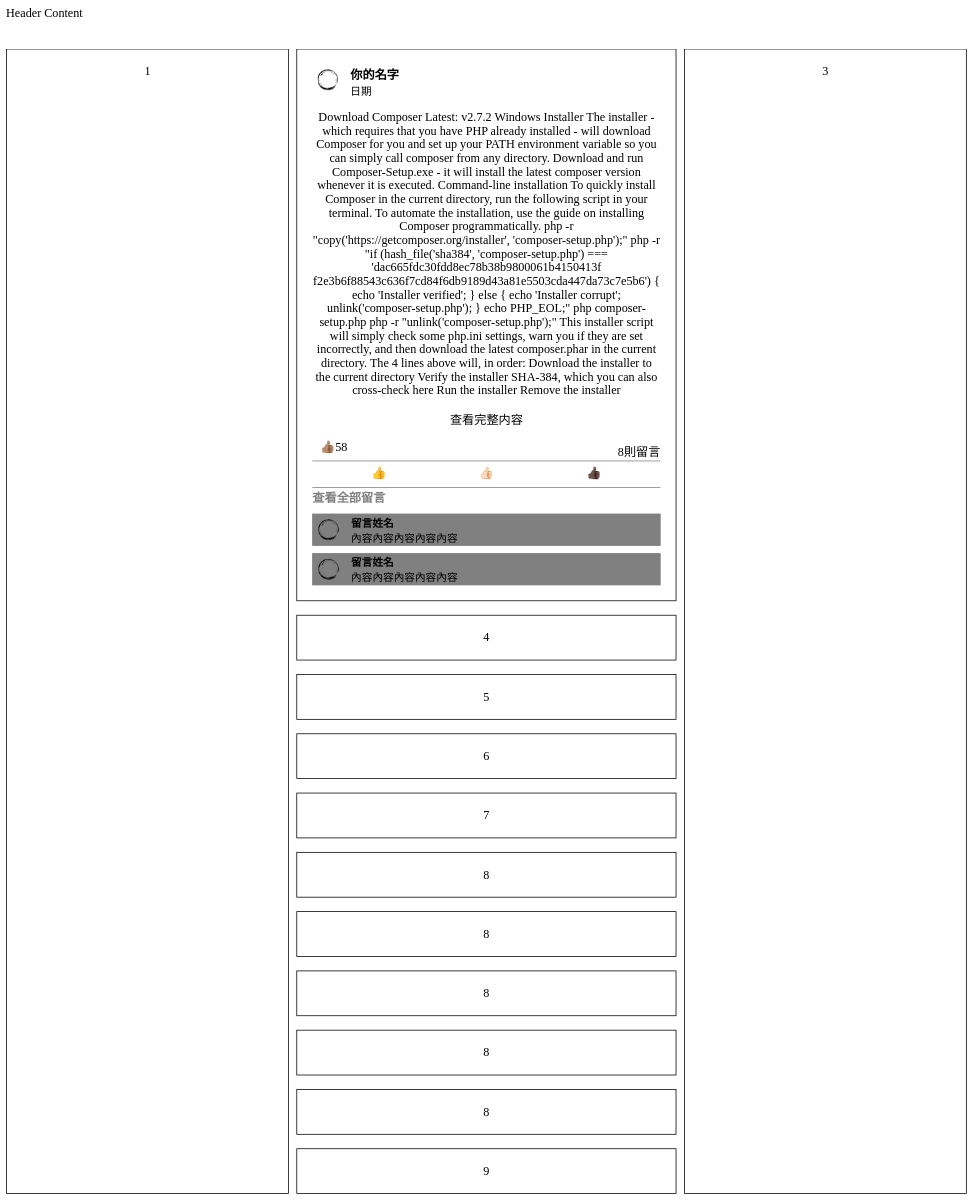
Repository: yuchiyang123/index_view
Page: http://localhost/
The author's editor kept a copy of each file at every save. The page is drawn from the files as they stood at one save, then again after the next save.
The browser window is 1280 px wide. The pictures show the whole page, at 76% of full size.
The page is run by PHP 8.4 with error messages shown; the project is at /var/www/html/.

Above is the page before, as saved 2024-03-27 09:44:28.

### index.php
<style>
   .header {
    position: sticky;
    top: 0;
    z-index: 9996;
    grid-area: header;
    background-color: #ffffff;
    width: 100%;
    height: 56px;

}


.grid-container {

  display: grid;
  grid-template-columns: auto 500px auto;
  grid-template-rows:auto;
  grid-gap: 10px;
  display: grid;
  grid-template-areas:
    "A B C";

}

.grid-item {
  border: 1px solid #000;
  padding: 20px;
  text-align: center;

}
.first{
    grid-area: A;
    min-height: 800px;
}
.end{
    grid-area: C;
}
.mid{
    grid-area: B;
}
.limt{
    min-height: 350px;
}
.inner-grid {
    display: inline-grid;
    width: 30%;
    transition: background-color 0.3s;
    padding-top: 5px;
    padding-bottom: 10px;
    text-align: center;
}
.inner-grid:hover {
    background-color: rgba(128, 128, 128, 0.4);
}
.line{
    border-top: 1px solid gray;
    border-bottom: 1px solid gray;
}
.respond{

    padding-bottom: 8px;
    text-align: left;
    padding-left:10px;
}
.respond > div {
    display: inline-block;
}
.message{
    text-align: right;
}
.respond, .message {
    display: inline-block;
}
.container {
    display: flex;
    justify-content: space-between;
    align-items: center;
}

.popup {
    display: none;
    position: fixed;
    top: 50%;
    left: 50%;
    transform: translate(-50%, -50%);
    width: 500px;
    padding: 20px;
    background-color: #fff;
    z-index: 9998;

}

.trigger a {
    cursor: pointer;
}

.blur-background {
    filter: blur(0px);
}
.box{

}
.imgsize{
    width: 40px;
    height: auto;

}

.image-container {
    float: left;
    margin-right: 10px;
}

.text-container {
    overflow: hidden;
}
.user{

    text-align: left;
    font-weight: bold;

}
.date{
    font-size: 14px;
    text-align: left;
}
a{
    text-decoration: none;
    color: black;
}
.overlay {
    display: none;
    position: fixed;
    top: 0;
    left: 0;
    width: 100%;
    height: 100%;
    background-color: rgba(0, 0, 0, 0.5);
    z-index: 9997;
  }
  .SeeAllMessage{
    text-align: left;
  }
  .SeeAllMessage a{
    text-align: left;
    color: gray;
    font-weight: bold;
  }
  .LeaveMessage{
    margin-top: 10px;
    border : 1px solid gray;
    background-color: gray;
  }
  .LeaveMessageUsernameIMG{
    width: 40px;
    height: auto;
  }
  .LeaveMessageimgdiv{
    float: left;
    margin-right: 10px;
  }
  .LeaveMessageUsername{
    text-align: left;
    font-size: 14px;
    font-weight: bold;
  }
  .LeaveMessageMain{
    text-align: left;
    font-size: 14px;
  }
</style>
<html>
<body>
<?php
    include('header.php');
?>
  <div id="box" class="box">
    <div class="grid-container">

      <div class="grid-item"><div class="first">1</div></div>

        <div class="mid">
          <div class="grid-item">
            <div class="limt">
            <div class="image-container">
                <img src="img/2-1.png" class="imgsize">
                        </div>
                <div class="text-container">
                    <div class="user"><a href="#"><div><a href="#">你的名字</a></div></a></div>
                    <div class="date"><div><a href="#">日期</a></div></div>
                </div>
                <div class="clearfix"></div>
                <p class="main">
                Download Composer Latest: v2.7.2
                    Windows Installer
                    The installer - which requires that you have PHP already installed - will download Composer for you and set up your PATH environment variable so you can simply call composer from any directory.

                    Download and run Composer-Setup.exe - it will install the latest composer version whenever it is executed.

                    Command-line installation
                    To quickly install Composer in the current directory, run the following script in your terminal. To automate the installation, use the guide on installing Composer programmatically.

                    php -r "copy('https://getcomposer.org/installer', 'composer-setup.php');"
                    php -r "if (hash_file('sha384', 'composer-setup.php') === 'dac665fdc30fdd8ec78b38b9800061b4150413f
                    f2e3b6f88543c636f7cd84f6db9189d43a81e5503cda447da73c7e5b6') { echo 'Installer verified'; } else { echo 'Installer corrupt'; unlink('composer-setup.php'); } echo PHP_EOL;"
                    php composer-setup.php
                    php -r "unlink('composer-setup.php');"
                    This installer script will simply check some php.ini settings, warn you if they are set incorrectly, and then download the latest composer.phar in the current directory. The 4 lines above will, in order:

                    Download the installer to the current directory
                    Verify the installer SHA-384, which you can also cross-check here
                    Run the installer
                    Remove the installer<div class="trigger"><a href="#">查看完整内容</a></div>
                </p>
                <div class="container">
                    <div class="respond"><a href="#">👍🏽</a><div><a href="#">58</a></div></div>
                    <div class="message"><div><a href="#">8則留言</a></div></div>
                </div>
                <div class="line">
                    <div class="inner-grid">👍</div>
                    <div class="inner-grid">👍🏻</div>
                    <div class="inner-grid">👍🏿</div>
                </div>
                <div class="SeeAllMessage"><a href="#">查看全部留言</a></div>
                <div class="LeaveMessage">
                    <div><a href="#"></a></div>
                    <div><div class="LeaveMessageimgdiv"><img src="img/2-1.png" class="LeaveMessageUsernameIMG"></div><div class="LeaveMessageUsername">留言姓名</div><div class="LeaveMessageMain">內容內容內容內容內容</div></div>
                </div>
                <div class="LeaveMessage">
                    <div><a href="#"></a></div>
                    <div><div class="LeaveMessageimgdiv"><img src="img/2-1.png" class="LeaveMessageUsernameIMG"></div><div class="LeaveMessageUsername">留言姓名</div><div class="LeaveMessageMain">內容內容內容內容內容</div></div>
                </div>
            </div>
        </div><br>
          <div class="grid-item">4</div><br>
          <div class="grid-item">5</div><br>
          <div class="grid-item">6</div><br>
          <div class="grid-item">7</div><br>
          <div class="grid-item">8</div><br>
          <div class="grid-item">8</div><br>
          <div class="grid-item">8</div><br>
          <div class="grid-item">8</div><br>
          <div class="grid-item">8</div><br>
          <div class="grid-item">9</div>
          <div class="overlay" id="overlay"></div>
          <div id="popup" class="popup">
        <div class="content">
        <div class="image-container">
            <img src="img/2-1.png" class="imgsize">
        </div>
        <div class="text-container">
            <div class="user"><a href="#"><div><a href="#">你的名字</a></div></a></div>
            <div class="date"><div><a href="#">日期</a></div></div>
        </div>
        <div class="clearfix"></div>
            <p class="main">
                Download Composer Latest: v2.7.2
                    Windows Installer
                    The installer - which requires that you have PHP already installed - will download Composer for you and set up your PATH environment variable so you can simply call composer from any directory.

                    Download and run Composer-Setup.exe - it will install the latest composer version whenever it is executed.

                    Command-line installation
                    To quickly install Composer in the current directory, run the following script in your terminal. To automate the installation, use the guide on installing Composer programmatically.

                    php -r "copy('https://getcomposer.org/installer', 'composer-setup.php');"
                    php -r "if (hash_file('sha384', 'composer-setup.php') === 'dac665fdc30fdd8ec78b38b9800061b4150413f
                    f2e3b6f88543c636f7cd84f6db9189d43a81e5503cda447da73c7e5b6') { echo 'Installer verified'; } else { echo 'Installer corrupt'; unlink('composer-setup.php'); } echo PHP_EOL;"
                    php composer-setup.php
                    php -r "unlink('composer-setup.php');"
                    This installer script will simply check some php.ini settings, warn you if they are set incorrectly, and then download the latest composer.phar in the current directory. The 4 lines above will, in order:

                    Download the installer to the current directory
                    Verify the installer SHA-384, which you can also cross-check here
                    Run the installer
                    Remove the installer
            </p>
        <div class="container">
            <div class="respond"><a href="#">👍🏽</a><div><a href="#">58</a></div></div>
            <div class="message"><div><a href="#">8則留言</a></div></div>
        </div>
            <div class="line">
            <div class="inner-grid">👍</div>
            <div class="inner-grid">👍🏻</div>
            <div class="inner-grid">👍🏿</div>
        </div>
        </div>
            <!--div class="close"><a href="#">关闭</a></div-->
        </div>
        </div>

            <div class="grid-item"><div class="end">3</div></div>
        </div>
    </div>
  </div>
  <script>
    var overlay = document.getElementById('overlay');
    var trigger = document.querySelector('.trigger a');
    var popup = document.getElementById('popup');
    var header = document.querySelector('.header');
    trigger.addEventListener('click', function(event) {
        event.preventDefault();
        popup.style.display = 'block';
        header.style.backgroundColor = 'rgba(0, 0, 0, 0.000001)';
        overlay.style.display = 'block';
        popup.style.border = '1px solid gray';
        popup.style.boxShadow = '0px 0px 15px rgba(0, 0, 0, 0.7)';
        /*
        document.body.classList.add('blur-background');
        popup.style.filter = 'none';// 移除 body 元素的模糊效果*/
    });
    var closeBtn = document.querySelector('.close a');
    /*
    closeBtn.addEventListener('click', function(event) {
        event.preventDefault();
        popup.style.display = 'none';
        popup.style.boxShadow = 'none';
    });
    */
    overlay.addEventListener('click', function(event) {
        event.preventDefault();
        event.stopPropagation();
        popup.style.display = 'none';
        overlay.style.display = 'none' ;
        popup.style.boxShadow = 'none';
        header.style.backgroundColor = '#ffffff';
    });
  </script>
</body>
</html>

### header.php
<style>
   .header {
    position: sticky; /* 将标题栏固定在容器内 */
    top: 0; /* 将标题栏固定在容器的顶部 */
    z-index: 9999; /* 确保标题栏位于其他内容的上层 */
    /* 其他样式，例如背景颜色、文本样式等 */
    grid-area: header;
    background-color: #ffffff;
    width: 100%; /* 设置标题栏的宽度为100%，使其填满整个屏幕 */
    height: 56px;

}
</style>
<header class="header">Header Content</header>

After the next save:
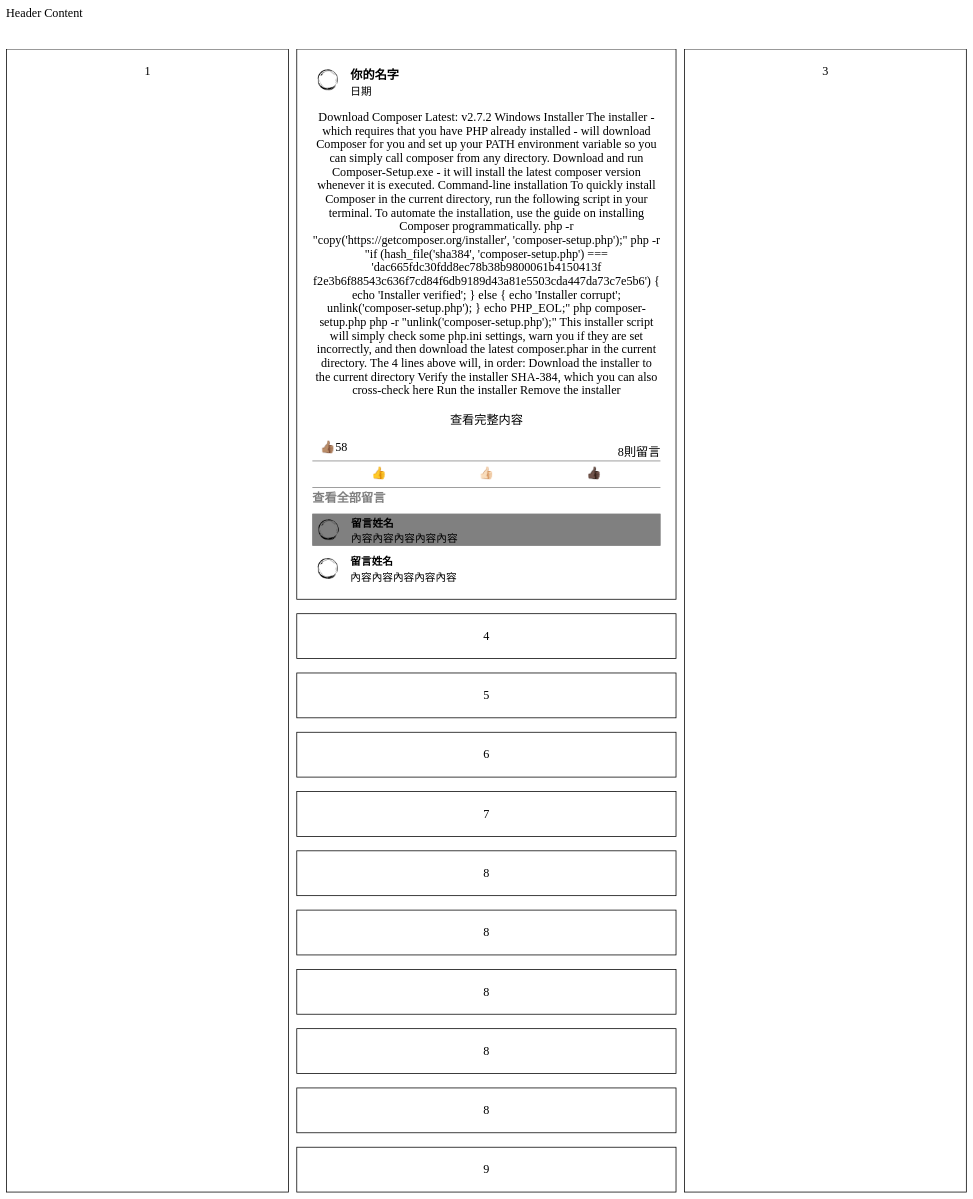
Saved 54 s later.
--- a/index.php
+++ b/index.php
@@ -149,6 +149,9 @@ a{
   }
   .LeaveMessage{
     margin-top: 10px;
+
+  }
+  .LeaveMessageall{
     border : 1px solid gray;
     background-color: gray;
   }
@@ -225,7 +228,7 @@ a{
                 <div class="SeeAllMessage"><a href="#">查看全部留言</a></div>
                 <div class="LeaveMessage">
                     <div><a href="#"></a></div>
-                    <div><div class="LeaveMessageimgdiv"><img src="img/2-1.png" class="LeaveMessageUsernameIMG"></div><div class="LeaveMessageUsername">留言姓名</div><div class="LeaveMessageMain">內容內容內容內容內容</div></div>
+                    <div class="LeaveMessageall"><div class="LeaveMessageimgdiv"><img src="img/2-1.png" class="LeaveMessageUsernameIMG"></div><div class="LeaveMessageUsername">留言姓名</div><div class="LeaveMessageMain">內容內容內容內容內容</div></div>
                 </div>
                 <div class="LeaveMessage">
                     <div><a href="#"></a></div>
